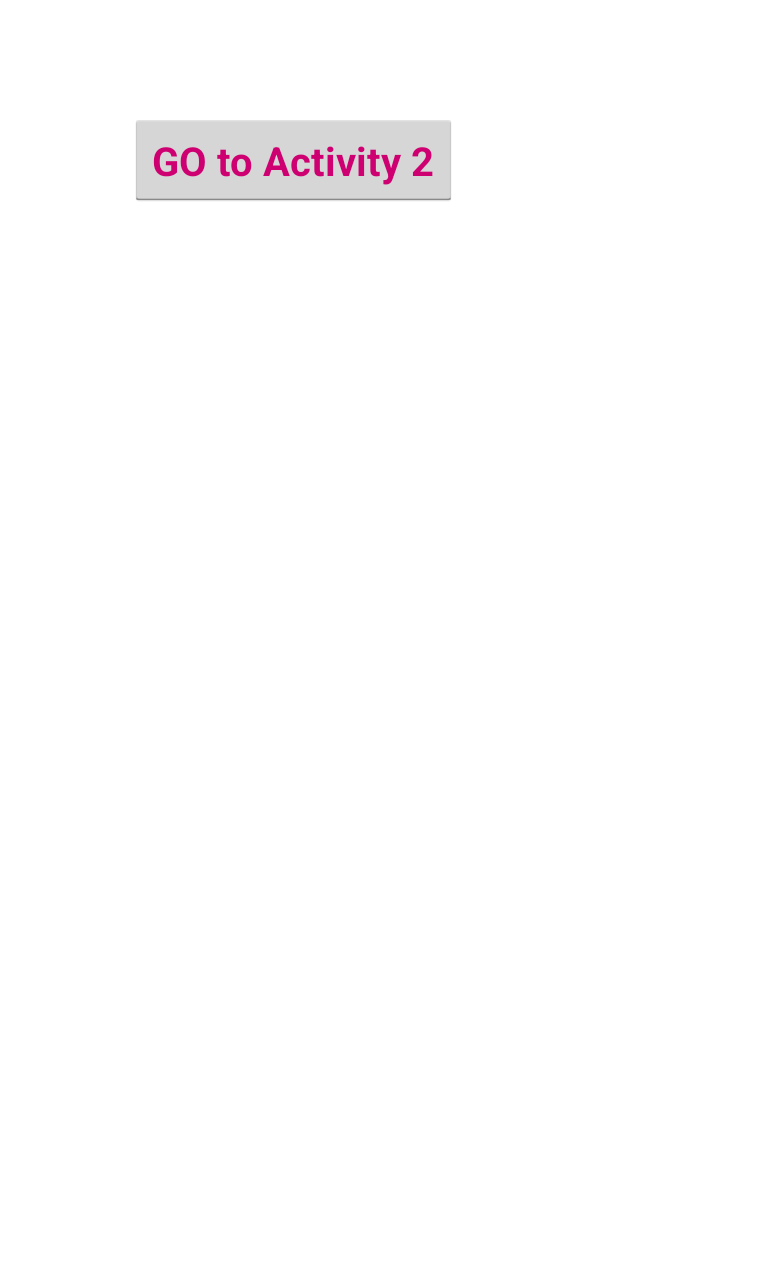
Repository: EnjoyWorkTrue/Spring2014
Layout: CMP464/Assignment3/res/layout/activity_main.xml
The author's editor kept a copy of each file at every save. The layout is drawn from the files as they stood at one save, then again after the next save.
It is drawn on a 768 x 1280 px phone screen (xhdpi) without system bars, with theme AppTheme; the app's code is not run.

Above is the layout before, as saved 2014-02-25 19:42:05.

### CMP464/Assignment3/res/layout/activity_main.xml
<RelativeLayout xmlns:android="http://schemas.android.com/apk/res/android"
    xmlns:tools="http://schemas.android.com/tools"
    android:layout_width="match_parent"
    android:layout_height="match_parent"
    android:paddingBottom="@dimen/activity_vertical_margin"
    android:paddingLeft="@dimen/activity_horizontal_margin"
    android:paddingRight="@dimen/activity_horizontal_margin"
    android:paddingTop="@dimen/activity_vertical_margin"
    tools:context=".MainActivity" >

    <Button
        android:id="@+id/button1"
        android:layout_width="wrap_content"
        android:layout_height="wrap_content"
        android:layout_alignParentLeft="true"
        android:layout_alignParentTop="true"
        android:layout_marginLeft="48dp"
        android:layout_marginTop="40dp"
        android:text="GO to Activity 2"
        android:textSize="20sp"
        android:textColor="#CE0071"
        android:textStyle="bold"/>

    "

</RelativeLayout>

Loaded but not shown: CMP464/Assignment3/res/values/styles.xml (common file); CMP464/Assignment3/res/values-v11/styles.xml (common file); CMP464/Assignment3/res/values-v14/styles.xml (common file); CMP464/Assignment3/res/values/dimens.xml (common file)

After the next save:
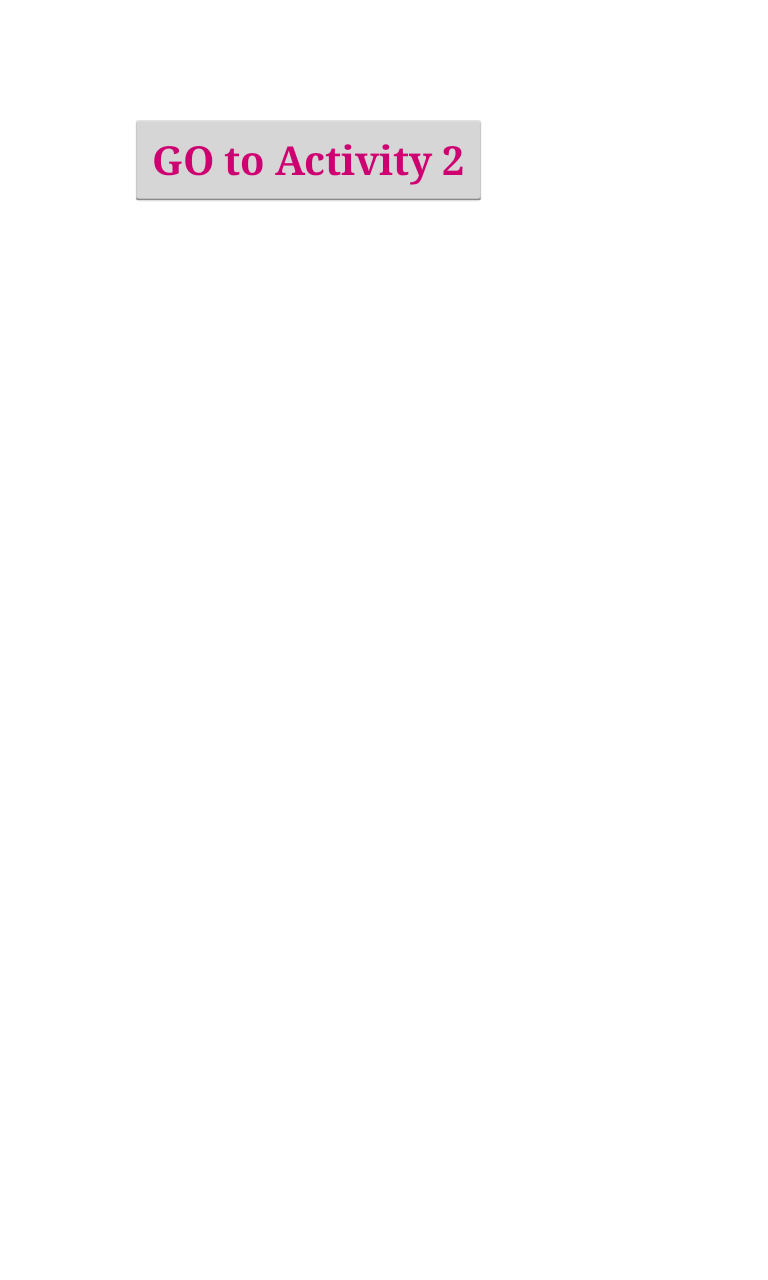
Saved 16 s later.
--- a/CMP464/Assignment3/res/layout/activity_main.xml
+++ b/CMP464/Assignment3/res/layout/activity_main.xml
@@ -19,7 +19,8 @@
         android:text="GO to Activity 2"
         android:textSize="20sp"
         android:textColor="#CE0071"
-        android:textStyle="bold"/>
+        android:textStyle="bold"
+        android:typeface="serif"/>
 
     "
 
